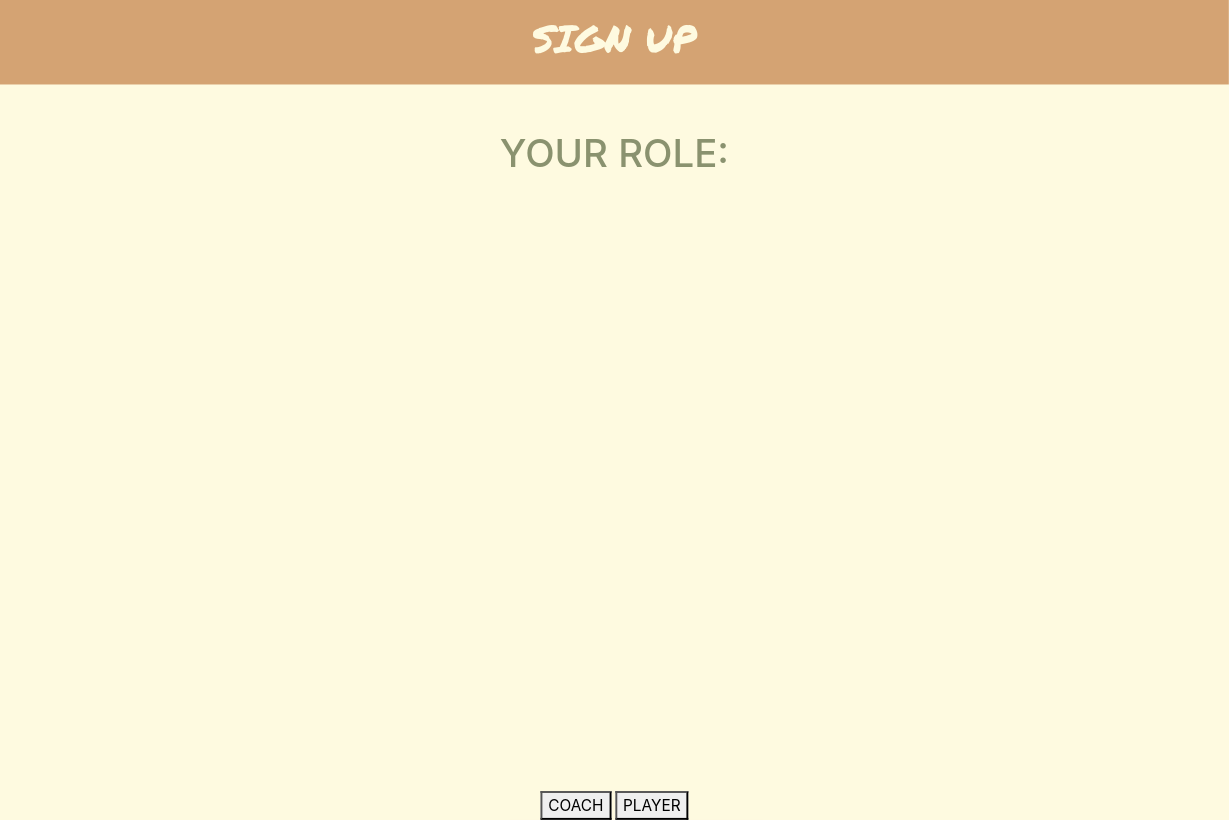
Repository: Aryaholmukhe/treasureHacks
Page: http://localhost/signup
The author's editor kept a copy of each file at every save. The page is drawn from the files as they stood at one save, then again after a run of saves.
The browser window is 1280 px wide. The pictures show the whole page, at 96% of full size.
The page is served by the project's Node server (server.js).

Above is the page before, as saved 2022-03-27 00:24:48.

After the next 2 saves:
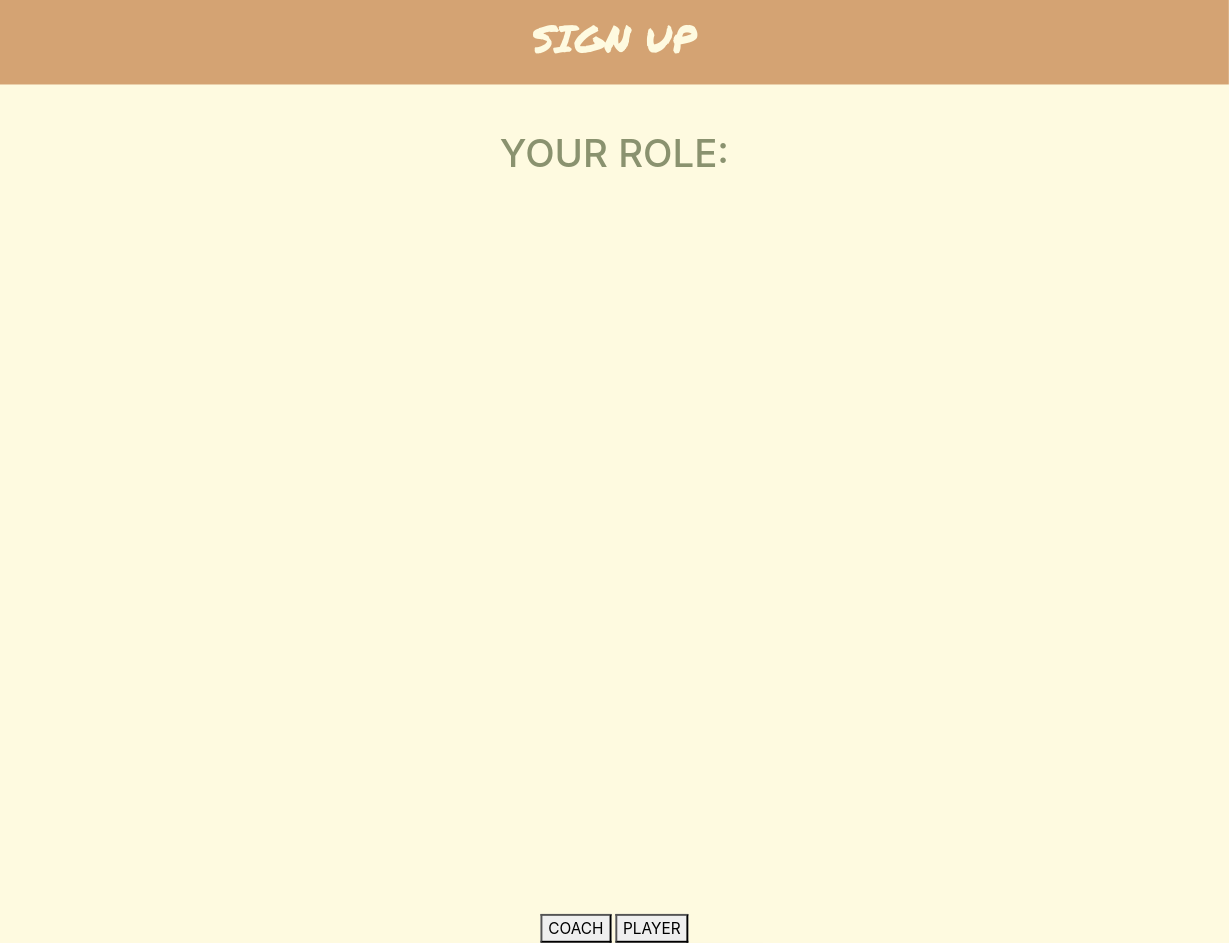
The 2 saves are shown as one change because they came seconds apart.
The last was saved 16 s later.
--- a/views/signup/signup.ejs
+++ b/views/signup/signup.ejs
@@ -19,7 +19,7 @@
 
     <h1 class="text-center mt-5" style="color: #8A926F">YOUR ROLE:</h1>
 
-    <div class="text-center" style="margin-top: 50%">
+    <div class="text-center" style="margin-top: 60%">
     <a href="./coach" ><button name="coach">COACH</button></a>
     <a  href="./player"><button name="player">PLAYER</button></a>
     </div>
